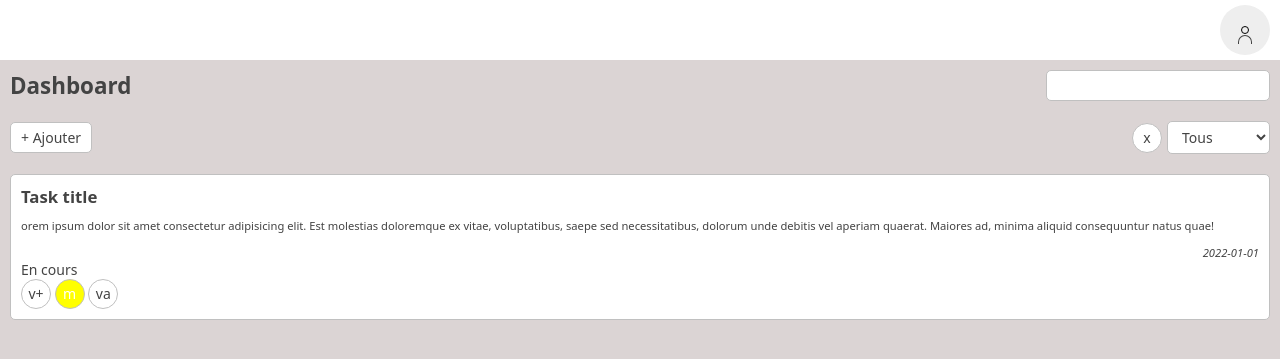
Repository: zpaulange/task_manager
Page: dashboard/index.html
These files come from the project's save history. The page is drawn as it stood at one moment and after a run of saves; the edit follows.
The browser window is 1280 px wide. The pictures show the whole page.
The pointer rests on the first visible `.rounded-btn.modify`.

Above is the page before, as saved 2025-03-06 15:29:13.

### dashboard/index.html
<!DOCTYPE html>
<html lang="en">
<head>
    <meta charset="UTF-8">
    <meta name="viewport" content="width=device-width, initial-scale=1.0">
    <link rel="stylesheet" href="../assets/styles/dashboard/style.css">
    <title>Document</title>
</head>
<body>
  <section class="dashboard">
    <div class="dashboard_right">
      <nav class="dashbaord_nav">
        <a href="#" class="dashbaord_nav_avatar">
          <span></span>
        </a>
      </nav>
      <main class="main">
        <div class="main_header">
          <h1 class="main_header_title">Dashboard</h1>
          <input type="search" name="search" class=" main_header_search">
        </div>
        <div class="main_header_actions">
          <div class="main_header_actions_left">
            <button class="main_header_actions_btn">+ Ajouter</button>
          </div>
          <div class="main_header_actions_right">
            <button class="main_header_actions_right_btnDel rounded-btn del">x</button>
            <select name="filter" class="main_header_actions_right_filter" id="">
              <option value="0">Tous</option>
              <option value="1">En cours</option>
              <option value="2">Annulés</option>
              <option value="3">Terminés</option>
            </select>
          </div>
        </div>
        <section class="main-task">
          <div class="main-task__content">
            <div class="main-task__content-item">
              <div class="main-task__content-item__title">
                Task title
              </div>
              <p class="main-task__content-item__desc">
                orem ipsum dolor sit amet consectetur adipisicing elit. Est molestias doloremque ex vitae, voluptatibus, saepe sed necessitatibus, dolorum unde debitis vel aperiam quaerat. Maiores ad, minima aliquid consequuntur natus quae!
              </p>
              <div class="main-task__content-item__date">
                2022-01-01
              </div>
              <div class="main-task__content-item__actions">
                <span class="main-task__content-item__actions_status">
                  En cours
                </span>
                <div>
                  <button class="rounded-btn see-more">v+</button>
                  <button class="rounded-btn modify">m</button>
                  <button class="rounded-btn validate">va</button>
                </div>
            </div>
            <!-- <section class="box box-center">
              <h1>Aucune tache disponible...</h1>
            </section> -->
          </div>

        </section>
      </main>
    </div>
  </section>

</body>
</html>

### assets/styles/dashboard/style.css
*{
  margin:0;
  padding:0;
  box-sizing: border-box;
  position:relative;
  font-family: system-ui, sans-serif;
  font-size: 14px;
  color:#434343;
}
body{
  overflow-x: hidden;
}
a{
  text-decoration: none;
}
a:active, a:hover{
  color:#434343;
}
img{
  width: 100%;
  height: auto;
}
ul li{
  list-style: none;
}
input[type="search"],
input[type="text"],
input[type="date"]{
  padding:5px 10px;
  border-radius:5px;
  border:1px solid silver
}
input:focus, select:focus{
  outline: none;
}

.dashboard{
  min-height: 100vh;
  background-color: #dbd4d4;
}

.dashboard_right{
  min-height: 100vh;
}
.dashbaord_nav{
  background-color: #fff;
  padding:5px 10px;
  display: flex;
  align-items:center;
  justify-content: flex-end;
  z-index: 1000;
  position: sticky;
  top:0;
  left:0;
}
.dashbaord_nav_avatar{
  display: flex;
  align-items: center;
  justify-content: center;
  height:50px;
  width: 50px;
  border-radius:50%;
  background-color: #eee;

}
.dashbaord_nav_avatar span{
  display: inline-block;
  height: 8px;
  width: 8px;
  border-radius:50%;
  border:1px solid #000
}
.dashbaord_nav_avatar span:before{
  content:'';
  position: absolute;
  height: 8px;
  width: 12px;
  border:1px solid;
  left:50%;
  transform: translateX(-50%);
  top:8px;
  border-bottom: none;
  border-top-left-radius: 10px;
  border-top-right-radius: 10px;
}

.main{
  padding:10px;
}
.main_header_title{
  font-size: 1.6rem;
}
.box{
  min-height: calc(100vh - 180px);
  background-color: #fff;
  border-radius:5px;
  padding:10px;
  margin-top:20px
}
.box.box-center{
  display: flex;
  align-items:center;
  justify-content: center;
}

.main_header{
  display: flex;
  justify-content: space-between;
  align-items:center;
  margin-bottom:20px;
}
.main_header_actions{
  display: flex;
  justify-content: space-between;
  align-items:center;
}
.main_header_actions_btn{
  padding:5px 10px;
  border-radius:5px;
  border:1px solid silver;
  background-color: #fff;
  cursor: pointer;
  transition: .2s;
}
.main_header_actions_btn:hover{
  background-color:blue;
  color:#fff;
}
.main_header_actions_right{
  display: flex;
  align-items:center;
  gap:5px;
}
.rounded-btn{
  border-radius:50%;
  border:1px solid silver;
  background-color: #fff;
  cursor: pointer;
  transition: .2s;
  cursor:pointer;
  width: 30px;
  height: 30px;
}
.rounded-btn.del:hover{
  background-color:red;
  color:#fff;
}
.rounded-btn.see-more:hover{
  background-color:blue;
  color:#fff;
}
.rounded-btn.modify:hover{
  background-color:yellow;
  color:#fff;
}
.rounded-btn.validate:hover{
  background-color:green;
  color:#fff;
}
.main_header_actions_right_filter{
  padding:5px 10px;
  border-radius:5px;
  border:1px solid silver;
  background-color: #fff;
}

.main-task__content{
  margin-top:20px;
}
.main-task__content-item{
  background-color:#fff;
  padding:10px;
  border-radius:5px;
  border:1px solid silver
}
.main-task__content-item__title{
  font-size: 1.2rem;
  font-weight: 600;
}
.main-task__content-item__desc{
  font-size: .8rem;
  line-height: 1.2rem;
  margin-top:10px;
  margin-bottom:10px;
}
.main-task__content-item__date{
  font-size: .8rem;
  text-align: right;
  font-style: italic;
}

After the next 2 saves:
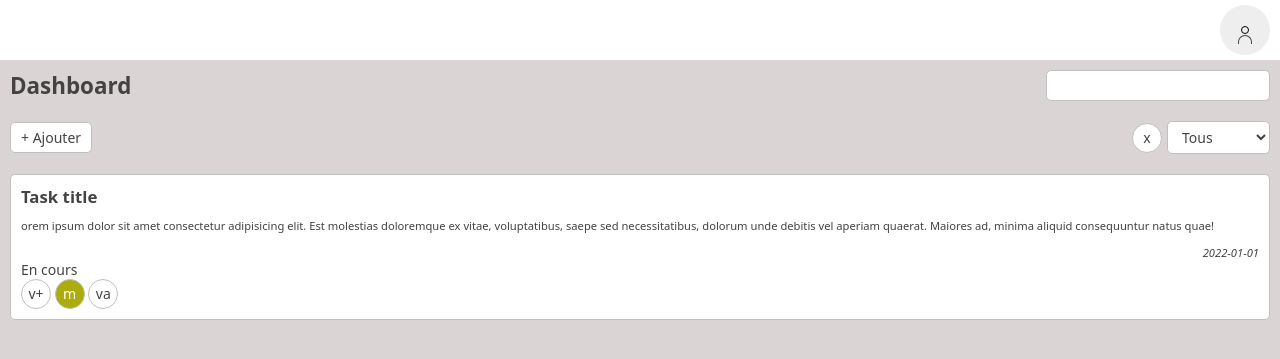
The 2 saves are shown as one change because they came seconds apart.
The last was saved 15 s later.
--- a/assets/styles/dashboard/style.css
+++ b/assets/styles/dashboard/style.css
@@ -150,7 +150,7 @@ input:focus, select:focus{
   color:#fff;
 }
 .rounded-btn.modify:hover{
-  background-color:yellow;
+  background-color:rgb(172, 172, 14);
   color:#fff;
 }
 .rounded-btn.validate:hover{
